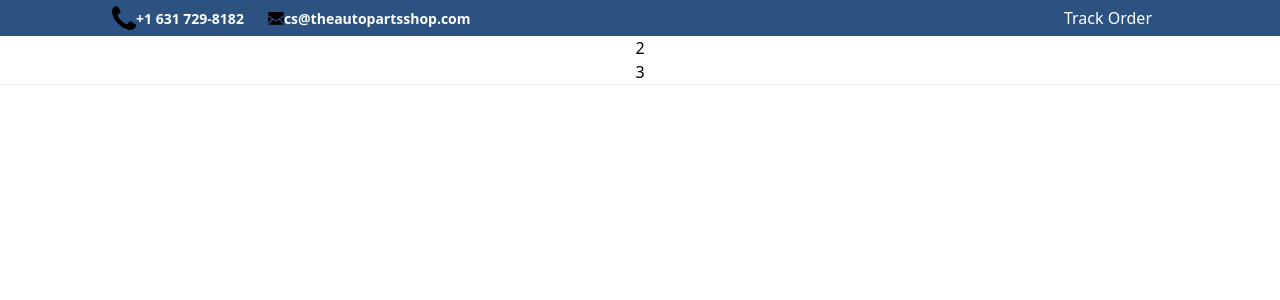
Repository: robindhimanspineor/TAPS-Next
Page: /
The author's editor kept a copy of each file at every save. The page is drawn from the files as they stood at one save, then again after the next save.
The browser window is 1280 px wide. The pictures show the whole page.
The project was rebuilt for these pictures with package versions that can differ from the ones it lists, and the page was loaded fresh each time. The framework's server and built-in components were replaced by stand-ins that run in the browser. Also part of the build but not shown: next.config.js.

Above is the page before, as saved 2021-09-16 15:30:07.

### src/pages/index.tsx
// import { useRouter } from 'next/router';

// import { Meta } from '../layout/Meta';
// import { Main } from '../templates/Main';
import Header from '../components/common/header';

const Index = () => {
  // const router = useRouter();

  return (
    // <Main
    //   meta={
    //     <Meta
    //       title="Next.js Boilerplate Presentation"
    //       description="Next js Boilerplate is the perfect starter code for your project. Build your React application with the Next.js framework."
    //     />
    //   }
    // >
    // </Main>
    <div>
      <main className="main-container block">
        <Header />
      </main>
    </div>
  );
};

export default Index;

### src/components/common/header/index.js
import PhoneHandle from '../../../svg/PhoneHandleSvg.js';
import MailBoxSvg from '../../../svg/MailBoxSvg';

const Header = () => {
  return (
    <header className="flex flex-col items-center justify-center w-full static border-b z-50">
      <div className="head-top flex justify-between py-1.5 pr-32 pl-28 bg-blue-800 w-full">
        <div className="w-screen max-w-screen-xl flex justify-between">
          <div className="head-top-left flex text-white font-medium w-9/12">
            <div className="head-top-phone flex items-center text-white w-auto text-sm font-semibold">
              <div className="text-white h-6 w-6 flex items-center">
                <PhoneHandle />
              </div>
              <span>+1 631 729-8182</span>
            </div>
            <div className="heap-top-email flex items-center text-white w-auto text-sm font-semibold ml-6">
              <div className="text-white h-6 w-4 flex items-center">
                <MailBoxSvg />
              </div>
              cs@theautopartsshop.com
            </div>
          </div>
          <div className="head-top-right text-white font-medium">
            Track Order
          </div>
        </div>
      </div>
      <div>2</div>
      <div>3</div>
    </header>
  );
};

export default Header;

### src/svg/PhoneHandleSvg.js
import React from 'react';

const PhoneHandle = () => (
  <svg
    version="1.1"
    xmlns="http://www.w3.org/2000/svg"
    xmlnsXlink="http://www.w3.org/1999/xlink"
    x="0px"
    y="0px"
    width="401.998px"
    height="401.998px"
    viewBox="0 0 401.998 401.998"
    style={{ enableBackground: 'new 0 0 401.998 401.998' }}
    xmlSpace="preserve"
    aria-label="phone handle svg"
  >
    <g>
      <path
        d="M401.129,311.475c-1.137-3.426-8.371-8.473-21.697-15.129c-3.61-2.098-8.754-4.949-15.41-8.566
		c-6.662-3.617-12.709-6.95-18.13-9.996c-5.432-3.045-10.521-5.995-15.276-8.846c-0.76-0.571-3.139-2.234-7.136-5
		c-4.001-2.758-7.375-4.805-10.14-6.14c-2.759-1.327-5.473-1.995-8.138-1.995c-3.806,0-8.56,2.714-14.268,8.135
		c-5.708,5.428-10.944,11.324-15.7,17.706c-4.757,6.379-9.802,12.275-15.126,17.7c-5.332,5.427-9.713,8.138-13.135,8.138
		c-1.718,0-3.86-0.479-6.427-1.424c-2.566-0.951-4.518-1.766-5.858-2.423c-1.328-0.671-3.607-1.999-6.845-4.004
		c-3.244-1.999-5.048-3.094-5.428-3.285c-26.075-14.469-48.438-31.029-67.093-49.676c-18.649-18.658-35.211-41.019-49.676-67.097
		c-0.19-0.381-1.287-2.19-3.284-5.424c-2-3.237-3.333-5.518-3.999-6.854c-0.666-1.331-1.475-3.283-2.425-5.852
		s-1.427-4.709-1.427-6.424c0-3.424,2.713-7.804,8.138-13.134c5.424-5.327,11.326-10.373,17.7-15.128
		c6.379-4.755,12.275-9.991,17.701-15.699c5.424-5.711,8.136-10.467,8.136-14.273c0-2.663-0.666-5.378-1.997-8.137
		c-1.332-2.765-3.378-6.139-6.139-10.138c-2.762-3.997-4.427-6.374-4.999-7.139c-2.852-4.755-5.799-9.846-8.848-15.271
		c-3.049-5.424-6.377-11.47-9.995-18.131c-3.615-6.658-6.468-11.799-8.564-15.415C98.986,9.233,93.943,1.997,90.516,0.859
		C89.183,0.288,87.183,0,84.521,0c-5.142,0-11.85,0.95-20.129,2.856c-8.282,1.903-14.799,3.899-19.558,5.996
		c-9.517,3.995-19.604,15.605-30.264,34.826C4.863,61.566,0.01,79.271,0.01,96.78c0,5.135,0.333,10.131,0.999,14.989
		c0.666,4.853,1.856,10.326,3.571,16.418c1.712,6.09,3.093,10.614,4.137,13.56c1.045,2.948,2.996,8.229,5.852,15.845
		c2.852,7.614,4.567,12.275,5.138,13.988c6.661,18.654,14.56,35.307,23.695,49.964c15.03,24.362,35.541,49.539,61.521,75.521
		c25.981,25.98,51.153,46.49,75.517,61.526c14.655,9.134,31.314,17.032,49.965,23.698c1.714,0.568,6.375,2.279,13.986,5.141
		c7.614,2.854,12.897,4.805,15.845,5.852c2.949,1.048,7.474,2.43,13.559,4.145c6.098,1.715,11.566,2.905,16.419,3.576
		c4.856,0.657,9.853,0.996,14.989,0.996c17.508,0,35.214-4.856,53.105-14.562c19.219-10.656,30.826-20.745,34.823-30.269
		c2.102-4.754,4.093-11.273,5.996-19.555c1.909-8.278,2.857-14.985,2.857-20.126C401.99,314.814,401.703,312.819,401.129,311.475z"
      />
    </g>
    <g />
    <g />
    <g />
    <g />
    <g />
    <g />
    <g />
    <g />
    <g />
    <g />
    <g />
    <g />
    <g />
    <g />
    <g />
  </svg>
);

export default PhoneHandle;

### src/svg/MailBoxSvg.js
import React from 'react';

const MailBoxSvg = () => (
  <svg
    version="1.1"
    xmlns="http://www.w3.org/2000/svg"
    xmlnsXlink="http://www.w3.org/1999/xlink"
    x="0px"
    y="0px"
    width="550.795px"
    height="550.795px"
    viewBox="0 0 550.795 550.795"
    style={{ enableBackground: 'new 0 0 550.795 550.795' }}
    xmlSpace="preserve"
    aria-label="mail box"
  >
    <g>
      <g>
        <path
          d="M501.613,491.782c12.381,0,23.109-4.088,32.229-12.16L377.793,323.567c-3.744,2.681-7.373,5.288-10.801,7.767
			c-11.678,8.604-21.156,15.318-28.434,20.129c-7.277,4.822-16.959,9.737-29.045,14.755c-12.094,5.024-23.361,7.528-33.813,7.528
			h-0.306h-0.306c-10.453,0-21.72-2.503-33.813-7.528c-12.093-5.018-21.775-9.933-29.045-14.755
			c-7.277-4.811-16.75-11.524-28.434-20.129c-3.256-2.387-6.867-5.006-10.771-7.809L16.946,479.622
			c9.119,8.072,19.854,12.16,32.234,12.16H501.613z"
        />
        <path
          d="M31.047,225.299C19.37,217.514,9.015,208.598,0,198.555V435.98l137.541-137.541
			C110.025,279.229,74.572,254.877,31.047,225.299z"
        />
        <path
          d="M520.059,225.299c-41.865,28.336-77.447,52.73-106.75,73.195l137.486,137.492V198.555
			C541.98,208.396,531.736,217.306,520.059,225.299z"
        />
        <path
          d="M501.613,59.013H49.181c-15.784,0-27.919,5.33-36.42,15.979C4.253,85.646,0.006,98.97,0.006,114.949
			c0,12.907,5.636,26.892,16.903,41.959c11.267,15.061,23.256,26.891,35.961,35.496c6.965,4.921,27.969,19.523,63.012,43.801
			c18.917,13.109,35.368,24.535,49.505,34.395c12.05,8.396,22.442,15.667,31.022,21.701c0.985,0.691,2.534,1.799,4.59,3.269
			c2.215,1.591,5.018,3.61,8.476,6.107c6.659,4.816,12.191,8.709,16.597,11.683c4.4,2.975,9.731,6.298,15.985,9.988
			c6.249,3.685,12.143,6.456,17.675,8.299c5.533,1.842,10.655,2.766,15.367,2.766h0.306h0.306c4.711,0,9.834-0.924,15.368-2.766
			c5.531-1.843,11.42-4.608,17.674-8.299c6.248-3.69,11.572-7.02,15.986-9.988c4.406-2.974,9.938-6.866,16.598-11.683
			c3.451-2.497,6.254-4.517,8.469-6.102c2.057-1.476,3.605-2.577,4.596-3.274c6.684-4.651,17.1-11.892,31.104-21.616
			c25.482-17.705,63.01-43.764,112.742-78.281c14.957-10.447,27.453-23.054,37.496-37.803c10.025-14.749,15.051-30.22,15.051-46.408
			c0-13.525-4.873-25.098-14.598-34.737C526.461,63.829,514.932,59.013,501.613,59.013z"
        />
      </g>
    </g>
    <g />
    <g />
    <g />
    <g />
    <g />
    <g />
    <g />
    <g />
    <g />
    <g />
    <g />
    <g />
    <g />
    <g />
    <g />
  </svg>
);

export default MailBoxSvg;

Loaded but not shown: src/pages/_app.tsx (common file); src/pages/_document.tsx (common file); src/styles/main.css (common file); src/utils/AppConfig.ts (common file); tailwind.config.js (common file)

After the next save:
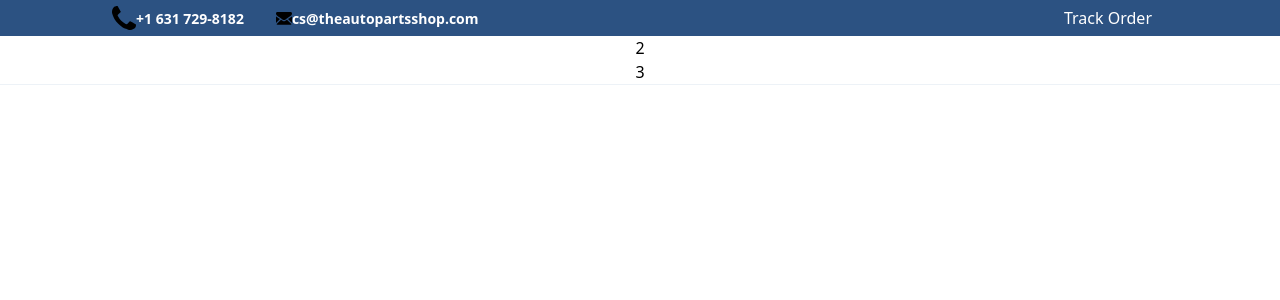
Saved 5 s later.
--- a/src/components/common/header/index.js
+++ b/src/components/common/header/index.js
@@ -13,7 +13,7 @@ const Header = () => {
               </div>
               <span>+1 631 729-8182</span>
             </div>
-            <div className="heap-top-email flex items-center text-white w-auto text-sm font-semibold ml-6">
+            <div className="heap-top-email flex items-center text-white w-auto text-sm font-semibold ml-8">
               <div className="text-white h-6 w-4 flex items-center">
                 <MailBoxSvg />
               </div>
